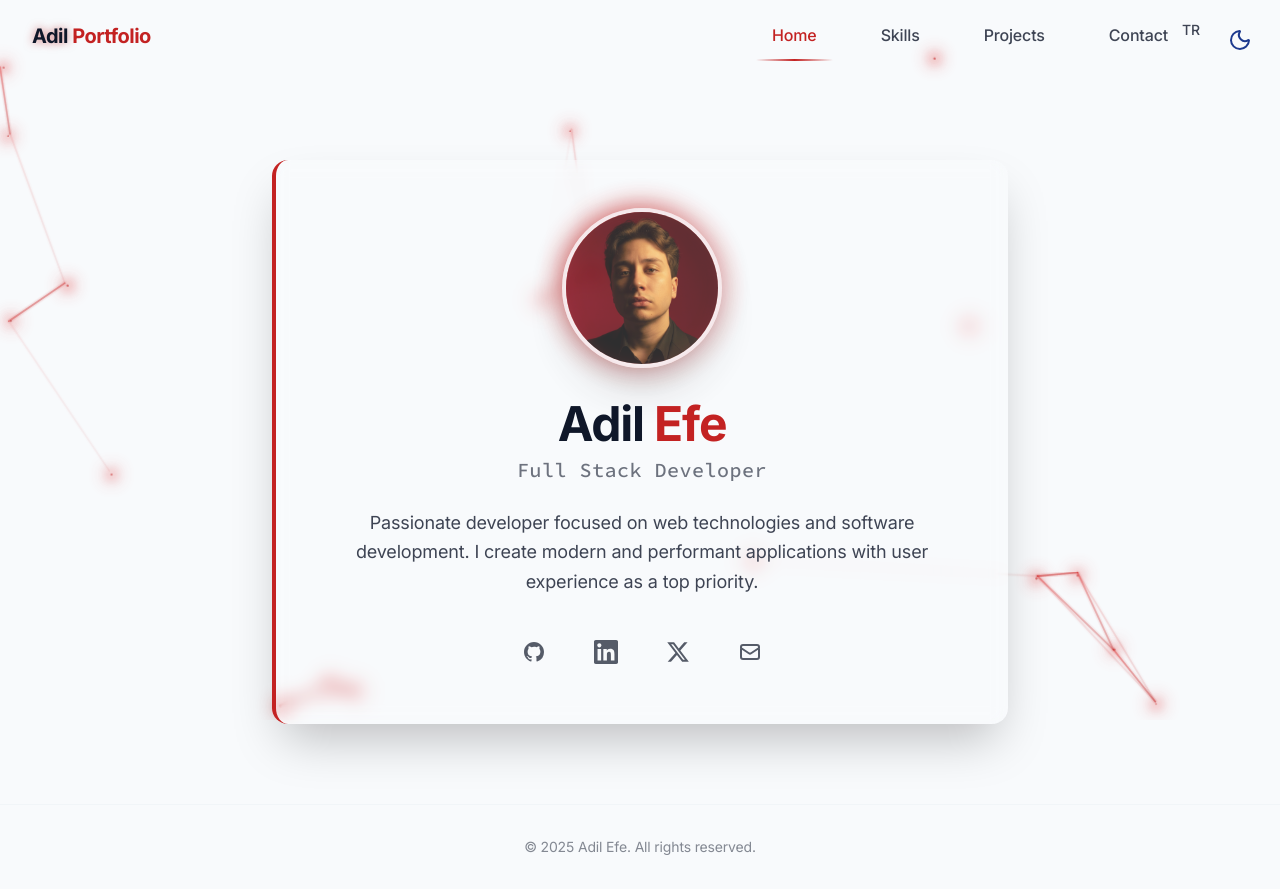
Repository: jusiann/personal-portfolio
Page: / (app in my-portfolio/)
The author's editor kept a copy of each file at every save. The page is drawn from the files as they stood at one save, then again after the next save.
The browser window is 1280 px wide. The pictures show the whole page.
The project was rebuilt for these pictures with package versions that can differ from the ones it lists, and the page was loaded fresh each time. Also part of the build but not shown: my-portfolio/vite.config.js, my-portfolio/src/pages/Skills.jsx, my-portfolio/src/pages/Projects.jsx, my-portfolio/src/pages/Contact.jsx, my-portfolio/src/pages/NotFound.jsx.

Above is the page before, as saved 2025-11-19 23:11:18.

### my-portfolio/index.html
<!doctype html>
<html lang="en">
  <head>
    <meta charset="UTF-8" />
    <link rel="icon" type="image/svg+xml" href="/vite.svg" />
    <meta name="viewport" content="width=device-width, initial-scale=1.0" />
    <link rel="preconnect" href="https://fonts.googleapis.com">
    <link rel="preconnect" href="https://fonts.gstatic.com" crossorigin>
    <link href="https://fonts.googleapis.com/css2?family=Inter:wght@300;400;500;600;700;800&family=Source+Code+Pro:wght@400;500;600&display=swap" rel="stylesheet">
    <title>my-portfolio</title>
  </head>
  <body>
    <div id="root"></div>
    <script type="module" src="/src/main.jsx"></script>
  </body>
</html>

### my-portfolio/src/App.jsx
import { BrowserRouter, Routes, Route, Navigate, useLocation } from "react-router-dom"
import { AnimatePresence } from "framer-motion"
import { Home } from "./pages/Home";
import { Skills } from "./pages/Skills";
import { Projects } from "./pages/Projects";
import { Contact } from "./pages/Contact";
import { NotFound } from "./pages/NotFound";

function AnimatedRoutes() {
  const location = useLocation();

  return (
    <AnimatePresence mode="wait">
      <Routes location={location} key={location.pathname}>

        {/* TURKISH ROUTES */}
        <Route path="/" element={<Navigate to="/en" replace />} />
        <Route path="/tr" element={<Home />}/>
        <Route path="/tr/skills" element={<Skills />}/>
        <Route path="/tr/projects" element={<Projects />}/>
        <Route path="/tr/contact" element={<Contact />}/>

        {/* ENGLISH ROUTES */}
        <Route path="/en" element={<Home />}/>
        <Route path="/en/skills" element={<Skills />}/>
        <Route path="/en/projects" element={<Projects />}/>
        <Route path="/en/contact" element={<Contact />}/>
        <Route path="*" element={<NotFound />} />
      </Routes>
    </AnimatePresence>
  );
}

function App() {
  return (
    <BrowserRouter>
      <AnimatedRoutes />
    </BrowserRouter>
  )
}

export default App

### my-portfolio/src/pages/Home.jsx
import {ThemeToggle} from "../components/ThemeToggle";
import {LanguageToggle} from "../components/LanguageToggle";
import {CrimsonWebBackground} from "../components/CrimsonWebBackground";
import {Navbar} from "../components/Navbar";
import {PageTransition} from "../components/PageTransition";
import {ProfileCard} from "../components/ProfileCard";
import {ProfileImage} from "../components/ProfileImage";
import {SocialLinks} from "../components/SocialLinks";
import {useLanguage} from "../lib/utils";

export const Home = () => {
    const { t } = useLanguage();

    return (
        <PageTransition>
        <div className="
                        min-h-screen
                        bg-background
                        text-foreground
                        overflow-x-hidden">

            {/* THEME TOGGLE */}
            <ThemeToggle />

            {/* LANGUAGE TOGGLE */}
            <LanguageToggle />

            {/* BACKGROUND EFFECTS */}
            <CrimsonWebBackground />

            {/* NAVBAR */}
            <Navbar />

            {/* MAIN CONTENT */}
            <main className="container mx-auto px-4 py-12">
                <ProfileCard>
                    {/* Profil Resmi */}
                    <ProfileImage
                        src="/src/assets/images/profile_photo.png"
                        alt={`${t('profile_name')} ${t('profile_surname')}`}
                    />

                    {/* İsim ve Soyisim */}
                    <div className="text-center mb-6 animate-fade-in-delay-2">
                        <h1 className="
                            text-4xl
                            md:text-5xl
                            font-heading
                            font-bold
                            text-foreground
                            mb-2
                            tracking-tight
                        ">
                            {t('profile_name')}{' '}
                            <span className="text-primary">
                                {t('profile_surname')}
                            </span>
                        </h1>
                        <p className="
                            text-lg
                            md:text-xl
                            text-foreground/60
                            font-code
                        ">
                            {t('hero_subtitle')}
                        </p>
                    </div>

                    {/* Açıklama */}
                    <div className="
                        text-center
                        mb-8
                        max-w-2xl
                        mx-auto
                        animate-fade-in-delay-2
                    ">
                        <p className="
                            text-base
                            md:text-lg
                            text-foreground/80
                            leading-relaxed
                        ">
                            {t('profile_tagline')}
                        </p>
                    </div>

                    {/* Sosyal Medya Linkleri */}
                    <SocialLinks />
                </ProfileCard>
            </main>

            {/* FOOTER */}
            <footer className="
                text-center
                py-8
                text-foreground/50
                text-sm
                border-t
                border-border/30
            ">
                <p>© 2025 {t('profile_name')} {t('profile_surname')}. {t('rights_reserved')}.</p>
            </footer>
        </div>
        </PageTransition>
    );
};

### my-portfolio/src/components/LanguageToggle.jsx
import {useNavigate, useLocation } from 'react-router-dom';
import {cn} from '../lib/utils';

export const LanguageToggle = () => {
    const navigate = useNavigate();
    const location = useLocation();
    const currentLang = location.pathname.startsWith('/en') ? 'en' : 'tr';

    const toggleLanguage = () => {
        const newLang = currentLang === 'tr' ? 'en' : 'tr';
        navigate(`/${newLang}${location.hash}`);
    };

    return (
        <button
            onClick={toggleLanguage}
            className={cn(
                "fixed max-sm:hidden top-5 right-20 z-50 transition-all duration-300",
                "hover:scale-110 active:scale-95",
                "focus:outline-none text-foreground/80 hover:text-foreground",
                "text-sm font-medium uppercase"
            )}
        >
            {currentLang === 'tr' ? 'EN' : 'TR'}
        </button>
    );
};

### my-portfolio/src/components/PageTransition.jsx
import {motion} from 'framer-motion';

export const PageTransition = ({ children }) => {
    return (
        <>
            {children}

            {/* LEFT TRIANGLE */}
            <motion.div
                className="fixed inset-0 bg-background z-100 pointer-events-none"
                style={{
                    clipPath: 'polygon(0% 0%, 100% 0%, 0% 100%)',
                }}
                initial={{ x: '0%' }}
                animate={{ x: '-100%' }}
                transition={{
                    duration: 0.6,
                    ease: [0.65, 0, 0.35, 1],
                    delay: 0.4
                }}
            />

            {/* RIGHT TRIANGLE */}
            <motion.div
                className="fixed inset-0 bg-background z-100 pointer-events-none"
                style={{
                    clipPath: 'polygon(100% 0%, 100% 100%, 0% 100%)',
                }}
                initial={{ x: '0%' }}
                animate={{ x: '100%' }}
                transition={{
                    duration: 0.6,
                    ease: [0.65, 0, 0.35, 1],
                    delay: 0.4
                }}
            />

            {/* RED DIAGONAL LINE */}
            <motion.div
                className="fixed inset-0 pointer-events-none z-101"
                style={{
                    background: 'linear-gradient(to bottom right, transparent calc(50% - 2px), rgb(220, 38, 38) calc(50% - 2px), rgb(220, 38, 38) calc(50% + 2px), transparent calc(50% + 2px))',
                    filter: 'drop-shadow(0 0 8px rgb(220, 38, 38))',
                }}
                initial={{ opacity: 1 }}
                animate={{ opacity: 0 }}
                transition={{
                    duration: 0.3,
                    ease: "easeOut",
                    delay: 0.3
                }}
            />
        </>
    );
};

### my-portfolio/src/components/ProfileCard.jsx
export const ProfileCard = ({ children }) => {

    return (
        <div className="relative w-full max-w-3xl mx-auto px-4 py-8 mt-20">
            {/* Ana kart yapısı - backdrop blur ve opacity ile saydam etki */}
            <div
                className="
                    relative
                    bg-card/10
                    backdrop-blur-sm
                    rounded-2xl
                    border-l-4
                    border-primary
                    shadow-2xl
                    p-8
                    md:p-12
                    transition-all
                    duration-500
                    hover:scale-[1.01]
                    animate-fade-in
                "
            >
                {/* İçerik alanı */}
                <div className="relative z-10">
                    {children}
                </div>
            </div>

            {/* Ambient glow efekti */}
            <div
                className="
                    absolute
                    -inset-4
                    bg-primary/5
                    blur-3xl
                    -z-10
                    opacity-50
                    animate-pulse-subtle
                "
            />
        </div>
    );
};

### my-portfolio/src/components/ProfileImage.jsx
export const ProfileImage = ({ src, alt = "Profile" }) => {
    return (
        <div className="flex justify-center mb-8 animate-fade-in-delay-1">
            {/* Dış halka - glow efekti */}
            <div
                className="
                    relative
                    group
                    animate-pulse-subtle
                "
            >
                {/* Gradient border halka */}
                <div
                    className="
                        absolute
                        -inset-1
                        bg-linear-to-br
                        from-primary
                        via-primary/60
                        to-primary/30
                        rounded-full
                        blur-md
                        group-hover:blur-lg
                        transition-all
                        duration-300
                    "
                />

                {/* Resim container */}
                <div
                    className="
                        relative
                        w-32
                        h-32
                        md:w-40
                        md:h-40
                        rounded-full
                        overflow-hidden
                        border-4
                        border-background
                        shadow-2xl
                        group-hover:scale-105
                        transition-transform
                        duration-300
                    "
                >
                    <img
                        src={src}
                        alt={alt}
                        className="
                            w-full
                            h-full
                            object-cover
                            filter
                            group-hover:brightness-110
                            transition-all
                            duration-300
                        "
                    />
                </div>

                {/* İç glow */}
                <div
                    className="
                        absolute
                        inset-0
                        rounded-full
                        shadow-[inset_0_0_20px_rgba(220,38,38,0.2)]
                        pointer-events-none
                    "
                />
            </div>
        </div>
    );
};

### my-portfolio/src/components/SocialLinks.jsx
export const SocialLinks = () => {
    const socialMedia = [
        {
            name: "GitHub",
            url: "https://github.com/jusiann",
            icon: (
                <svg
                    className="w-6 h-6"
                    fill="currentColor"
                    viewBox="0 0 24 24"
                    aria-hidden="true"
                >
                    <path
                        fillRule="evenodd"
                        d="M12 2C6.477 2 2 6.484 2 12.017c0 4.425 2.865 8.18 6.839 9.504.5.092.682-.217.682-.483 0-.237-.008-.868-.013-1.703-2.782.605-3.369-1.343-3.369-1.343-.454-1.158-1.11-1.466-1.11-1.466-.908-.62.069-.608.069-.608 1.003.07 1.531 1.032 1.531 1.032.892 1.53 2.341 1.088 2.91.832.092-.647.35-1.088.636-1.338-2.22-.253-4.555-1.113-4.555-4.951 0-1.093.39-1.988 1.029-2.688-.103-.253-.446-1.272.098-2.65 0 0 .84-.27 2.75 1.026A9.564 9.564 0 0112 6.844c.85.004 1.705.115 2.504.337 1.909-1.296 2.747-1.027 2.747-1.027.546 1.379.202 2.398.1 2.651.64.7 1.028 1.595 1.028 2.688 0 3.848-2.339 4.695-4.566 4.943.359.309.678.92.678 1.855 0 1.338-.012 2.419-.012 2.747 0 .268.18.58.688.482A10.019 10.019 0 0022 12.017C22 6.484 17.522 2 12 2z"
                        clipRule="evenodd"
                    />
                </svg>
            ),
        },
        {
            name: "LinkedIn",
            url: "https://linkedin.com/in/yourprofile",
            icon: (
                <svg
                    className="w-6 h-6"
                    fill="currentColor"
                    viewBox="0 0 24 24"
                    aria-hidden="true"
                >
                    <path
                        fillRule="evenodd"
                        d="M20.447 20.452h-3.554v-5.569c0-1.328-.027-3.037-1.852-3.037-1.853 0-2.136 1.445-2.136 2.939v5.667H9.351V9h3.414v1.561h.046c.477-.9 1.637-1.85 3.37-1.85 3.601 0 4.267 2.37 4.267 5.455v6.286zM5.337 7.433c-1.144 0-2.063-.926-2.063-2.065 0-1.138.92-2.063 2.063-2.063 1.14 0 2.064.925 2.064 2.063 0 1.139-.925 2.065-2.064 2.065zm1.782 13.019H3.555V9h3.564v11.452zM22.225 0H1.771C.792 0 0 .774 0 1.729v20.542C0 23.227.792 24 1.771 24h20.451C23.2 24 24 23.227 24 22.271V1.729C24 .774 23.2 0 22.222 0h.003z"
                        clipRule="evenodd"
                    />
                </svg>
            ),
        },
        {
            name: "Twitter",
            url: "https://twitter.com/yourhandle",
            icon: (
                <svg
                    className="w-6 h-6"
                    fill="currentColor"
                    viewBox="0 0 24 24"
                    aria-hidden="true"
                >
                    <path d="M18.244 2.25h3.308l-7.227 8.26 8.502 11.24H16.17l-5.214-6.817L4.99 21.75H1.68l7.73-8.835L1.254 2.25H8.08l4.713 6.231zm-1.161 17.52h1.833L7.084 4.126H5.117z" />
                </svg>
            ),
        },
        {
            name: "Email",
            url: "mailto:your.email@example.com",
            icon: (
                <svg
                    className="w-6 h-6"
                    fill="none"
                    stroke="currentColor"
                    viewBox="0 0 24 24"
                    aria-hidden="true"
                >
                    <path
                        strokeLinecap="round"
                        strokeLinejoin="round"
                        strokeWidth={2}
                        d="M3 8l7.89 5.26a2 2 0 002.22 0L21 8M5 19h14a2 2 0 002-2V7a2 2 0 00-2-2H5a2 2 0 00-2 2v10a2 2 0 002 2z"
                    />
                </svg>
            ),
        },
    ];

    return (
        <div className="flex justify-center gap-6 mt-8 animate-fade-in-delay-3">
            {socialMedia.map((social, index) => (
                <a
                    key={social.name}
                    href={social.url}
                    target="_blank"
                    rel="noopener noreferrer"
                    className="
                        p-3
                        text-foreground/70
                        hover:text-primary
                        transition-all
                        duration-300
                        hover:scale-110
                        animate-fade-in-delay-3
                    "
                    style={{ animationDelay: `${0.8 + index * 0.1}s` }}
                    aria-label={social.name}
                >
                    {social.icon}
                </a>
            ))}
        </div>
    );
};

Loaded but not shown: my-portfolio/src/main.jsx (common file); my-portfolio/src/lib/translations.js (80 lines, source omitted); my-portfolio/src/lib/utils.js (19 lines, source omitted); my-portfolio/src/index.css (267 lines, source omitted); my-portfolio/src/components/CrimsonWebBackground.jsx (183 lines, source omitted); my-portfolio/src/components/ThemeToggle.jsx (130 lines, source omitted); my-portfolio/src/components/Navbar.jsx (129 lines, source omitted)

After the next save:
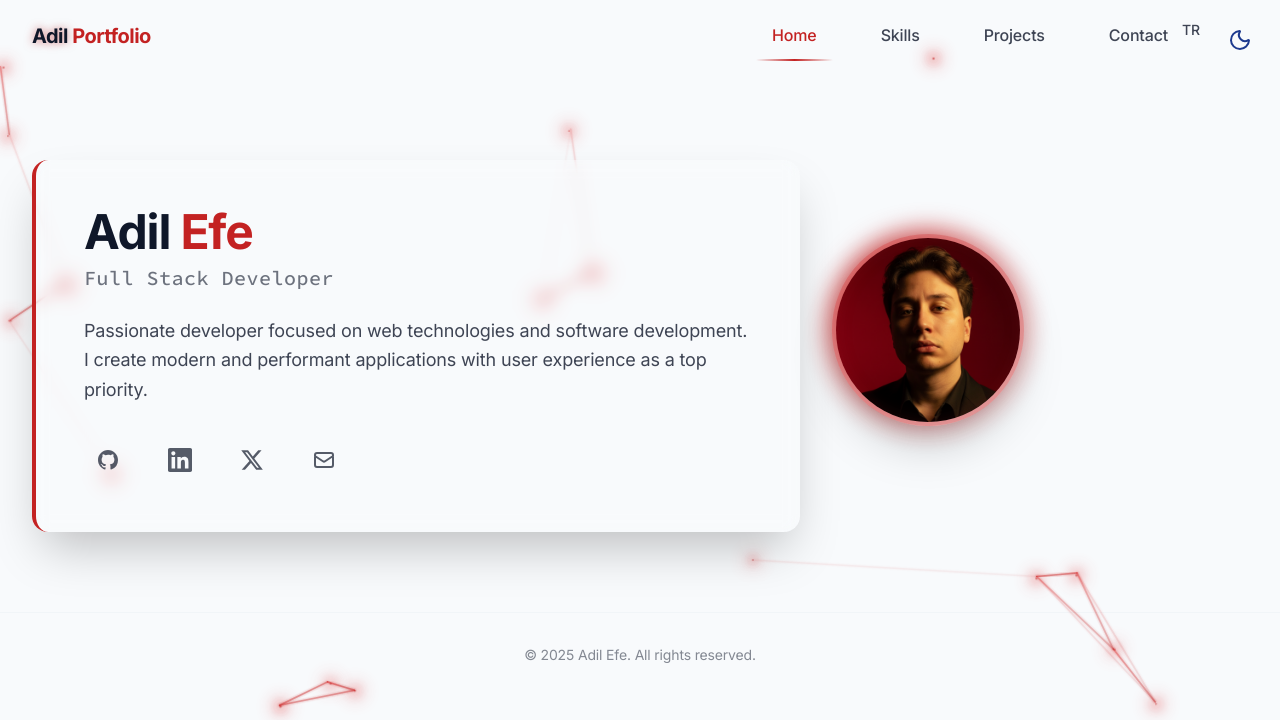
Saved 107 s later.
--- a/my-portfolio/src/pages/Home.jsx
+++ b/my-portfolio/src/pages/Home.jsx
@@ -33,15 +33,24 @@ export const Home = () => {
 
             {/* MAIN CONTENT */}
             <main className="container mx-auto px-4 py-12">
-                <ProfileCard>
-                    {/* Profil Resmi */}
-                    <ProfileImage
-                        src="/src/assets/images/profile_photo.png"
-                        alt={`${t('profile_name')} ${t('profile_surname')}`}
-                    />
+                <ProfileCard
+                    profileImage={
+                        <ProfileImage
+                            src="/src/assets/images/profile_photo.png"
+                            alt={`${t('profile_name')} ${t('profile_surname')}`}
+                        />
+                    }
+                >
+                    {/* Profil Resmi Mobile */}
+                    <div className="md:hidden mb-8">
+                        <ProfileImage
+                            src="/src/assets/images/profile_photo.png"
+                            alt={`${t('profile_name')} ${t('profile_surname')}`}
+                        />
+                    </div>
 
                     {/* İsim ve Soyisim */}
-                    <div className="text-center mb-6 animate-fade-in-delay-2">
+                    <div className="text-center md:text-left mb-6 animate-fade-in-delay-2">
                         <h1 className="
                             text-4xl
                             md:text-5xl
@@ -69,9 +78,9 @@ export const Home = () => {
                     {/* Açıklama */}
                     <div className="
                         text-center
+                        md:text-left
                         mb-8
                         max-w-2xl
-                        mx-auto
                         animate-fade-in-delay-2
                     ">
                         <p className="
--- a/my-portfolio/src/components/ProfileCard.jsx
+++ b/my-portfolio/src/components/ProfileCard.jsx
@@ -1,11 +1,12 @@
-export const ProfileCard = ({ children }) => {
+export const ProfileCard = ({ children, profileImage }) => {
 
     return (
-        <div className="relative w-full max-w-3xl mx-auto px-4 py-8 mt-20">
+        <div className="relative w-full max-w-5xl px-4 py-8 mt-20 flex items-center gap-8">
             {/* Ana kart yapısı - backdrop blur ve opacity ile saydam etki */}
             <div
                 className="
                     relative
+                    flex-1
                     bg-card/10
                     backdrop-blur-sm
                     rounded-2xl
@@ -26,6 +27,11 @@ export const ProfileCard = ({ children }) => {
                 </div>
             </div>
 
+            {/* Profil Resmi - Card Dışında Sağda */}
+            <div className="hidden md:block">
+                {profileImage}
+            </div>
+
             {/* Ambient glow efekti */}
             <div
                 className="
--- a/my-portfolio/src/components/ProfileImage.jsx
+++ b/my-portfolio/src/components/ProfileImage.jsx
@@ -32,12 +32,12 @@ export const ProfileImage = ({ src, alt = "Profile" }) => {
                         relative
                         w-32
                         h-32
-                        md:w-40
-                        md:h-40
+                        md:w-48
+                        md:h-48
                         rounded-full
                         overflow-hidden
                         border-4
-                        border-background
+                        border-primary/20
                         shadow-2xl
                         group-hover:scale-105
                         transition-transform
--- a/my-portfolio/src/components/SocialLinks.jsx
+++ b/my-portfolio/src/components/SocialLinks.jsx
@@ -73,7 +73,7 @@ export const SocialLinks = () => {
     ];
 
     return (
-        <div className="flex justify-center gap-6 mt-8 animate-fade-in-delay-3">
+        <div className="flex justify-center md:justify-start gap-6 mt-8 animate-fade-in-delay-3">
             {socialMedia.map((social, index) => (
                 <a
                     key={social.name}
